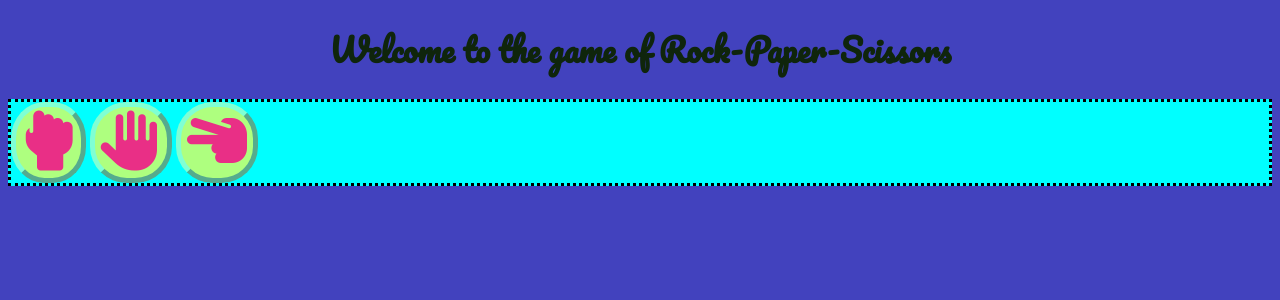
Repository: 0101chaitanya/Rock-Paper-Scissors
Page: index.html
The author's editor kept a copy of each file at every save. The page is drawn from the files as they stood at one save, then again after the next save.
The browser window is 1280 px wide. The pictures show the whole page.
Some web libraries are served in a nearby version.

Above is the page before, as saved 2021-05-14 18:37:19.
Not found: linkk.js

### index.html
<!DOCTYPE html>
<html>

<head>
    <meta charset="utf-8">
    <title>Rock-Paper-Scissors</title>
    <link rel="stylesheet" href="style.css">
    <script src="https://kit.fontawesome.com/3dcaf9f6de.js" crossorigin="anonymous"></script>
    <link rel="preconnect" href="https://fonts.gstatic.com">
    <link href="https://fonts.googleapis.com/css2?family=Pacifico&display=swap" rel="stylesheet">
</head>

<body>
    <h1 id="welcome">Welcome to the game of Rock-Paper-Scissors</h1>
    <div id="hold">
        <button class="square" id="holder1" href="#"><i class="fas fa-hand-rock"></i></button>

        <button class="square" id="holder2" href="#"><i class="fas fa-hand-paper"></i></button>

        <button class="square" id="holder3" href="#"><i class="fas fa-hand-scissors"></i></button>
    </div>
    <script type="text/javascript" src="linkk.js"></script>
</body>

</html>

### style.css
html{
    margin: 0;
    font-family: 'Pacifico', cursive;
    background-color:rgb(66, 66, 190);
    }
h1  {
       text-align: center;
     color:rgb(15, 37, 12) ;
    }
 #hold {
border-style:dotted;
background-color:aqua;
    }
.square{
    background-color: rgb(174, 255, 127);
    font-size: 60px;
    display: inline-block;
color: rgb(233, 47, 134);
border-radius: 45%;
border-width: 5px;
border-color:aquamarine
}
#holder1 {
}
#holder2 {
}
#holder3 {
}

After the next save:
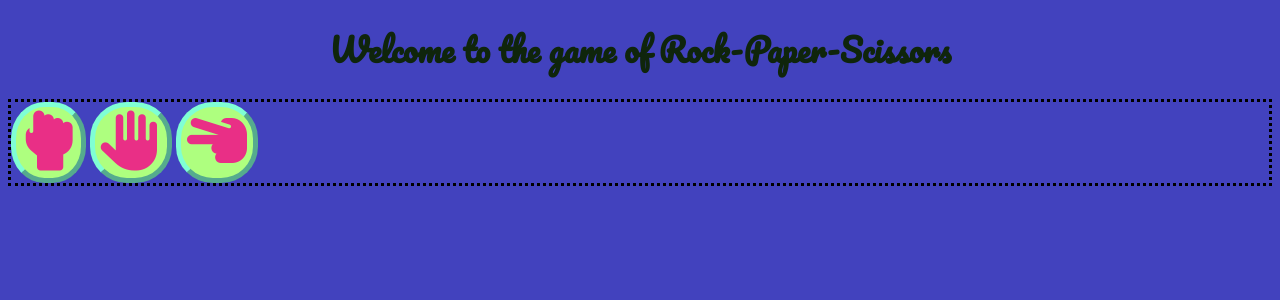
Saved 35 s later.
--- a/style.css
+++ b/style.css
@@ -9,7 +9,7 @@ h1  {
     }
  #hold {
 border-style:dotted;
-background-color:aqua;
+
     }
 .square{
     background-color: rgb(174, 255, 127);
